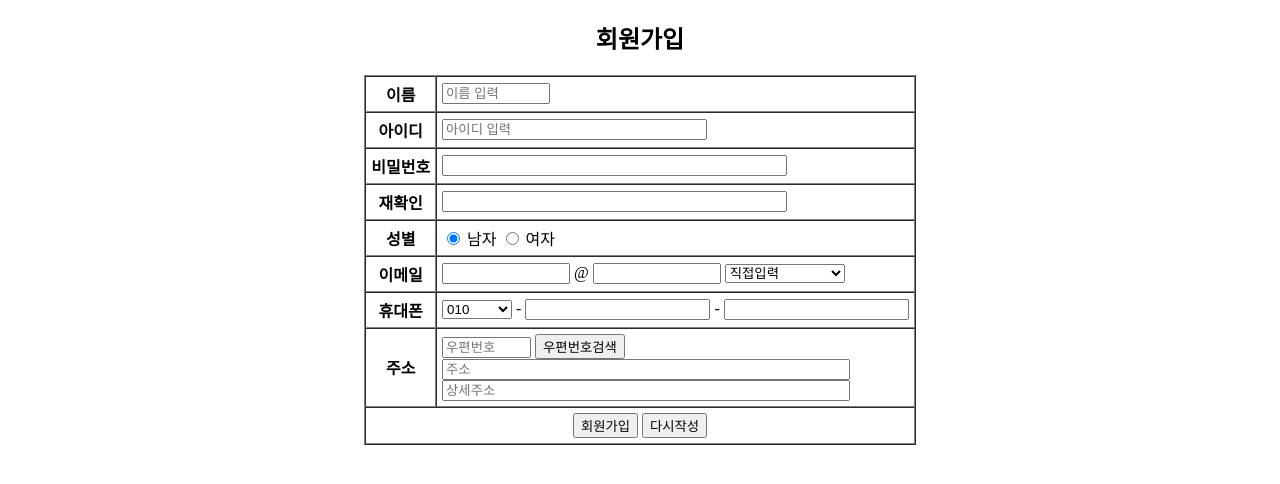
Repository: Gmajorlist/HTML
Page: http://localhost/memberJSP/member/writeForm.jsp
The author's editor kept a copy of each file at every save. The page is drawn from the files as they stood at one save, then again after the next save.
The browser window is 1280 px wide. The pictures show the whole page.
The page is served by Tomcat 9.

Above is the page before, as saved 2023-03-03 07:40:32.

After the next save:
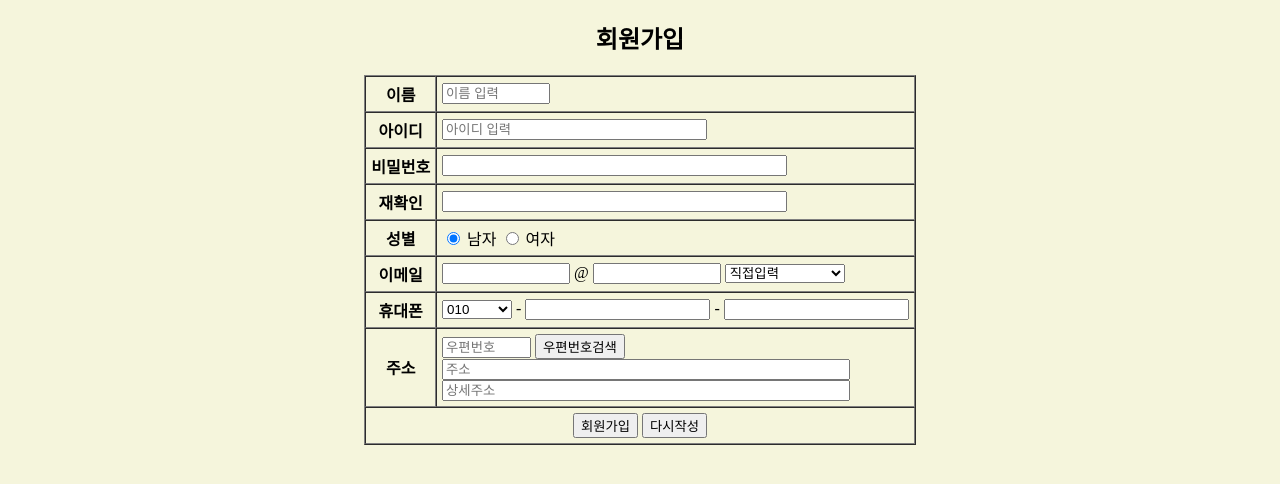
Saved 44 s later.
--- a/memberJSP/src/main/webapp/member/writeForm.jsp
+++ b/memberJSP/src/main/webapp/member/writeForm.jsp
@@ -13,7 +13,7 @@ div {
 }
 </style>
 </head>
-<body>
+<body style="background-color:beige">
 <form name="writeForm" method="post" action="http://localhost:8080/memberServlet/WriteServlet">
 <center>
 <h2>회원가입</h2>
